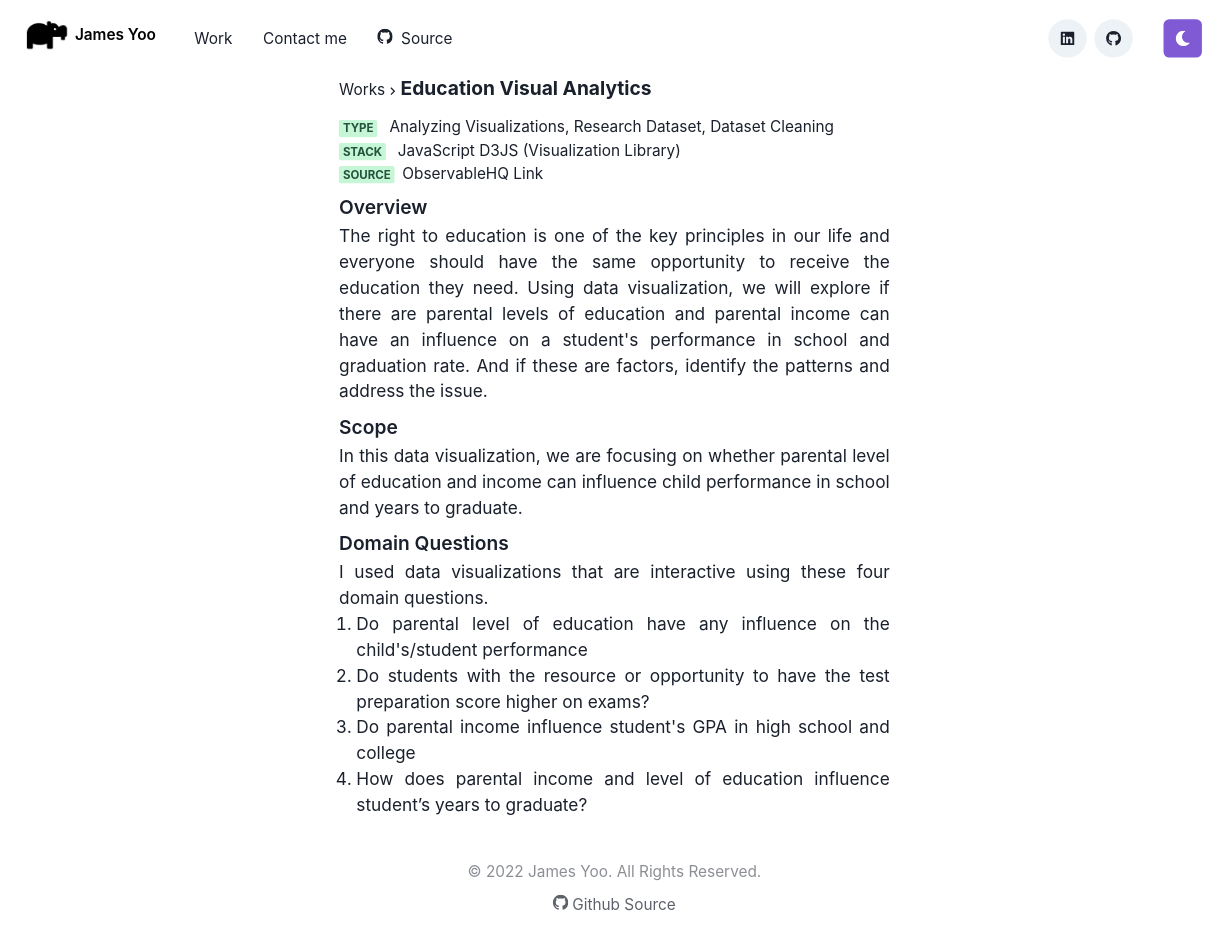
Repository: jammy729/portfolio-2022
Page: /work/educationvisualanalytics
These files come from the project's save history. The page is drawn as it stood at one moment and after the next save; the edit follows.
The browser window is 1280 px wide. The pictures show the whole page, at 96% of full size.
The project was rebuilt for these pictures with package versions that can differ from the ones it lists, and the page was loaded fresh each time. Also part of the build but not shown: src/components/home.js, src/components/contact.js, src/components/layouts/layout.js, src/components/work/work.js, src/components/work/Development/WorldInstitutionDatabase/worldinstitutiondatabase.js, src/components/work/Development/GeoMemories/geomemories.js, src/components/work/Design/ExperienceDesign/experiencedesign.js, src/components/work/Development/PersonalPortfolio/personalportfolio.js. Imported but missing from the stored project, and not drawn on this page: src/components/work/Design/FinestCup/finestcup, src/components/work/Development/WorldInstitutionDatabase/universityDatabase.mp4.

Above is the page before, as saved 2022-06-28 15:14:11.

After the next save:
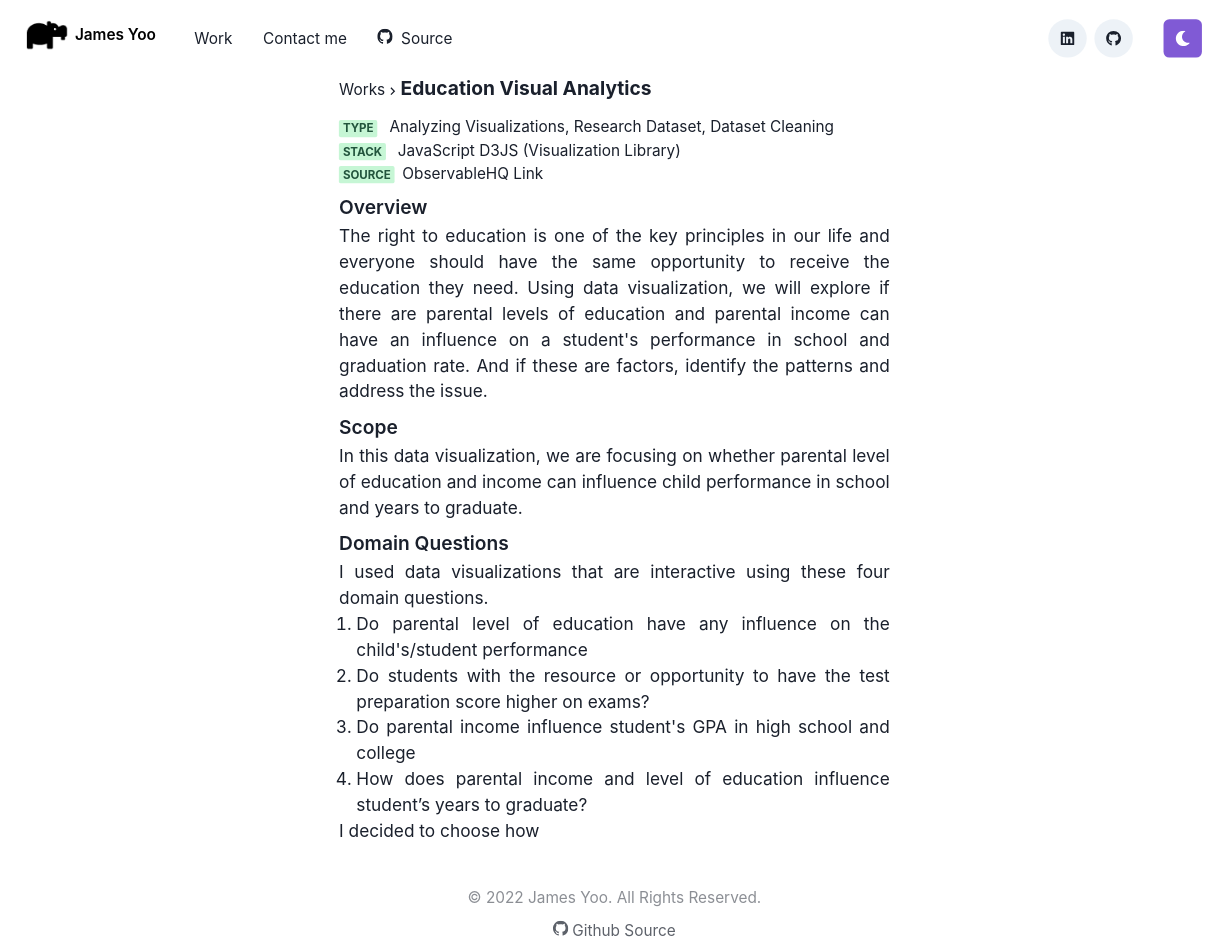
Saved 25 s later.
--- a/src/components/work/Development/EducationVisualAnalytics/educationvisualanalytics.js
+++ b/src/components/work/Development/EducationVisualAnalytics/educationvisualanalytics.js
@@ -70,6 +70,7 @@ const EducationVisualAnalytics = () => {
               student’s years to graduate?
             </ListItem>
           </OrderedList>
+          I decided to choose how
         </DescriptionText>
       </Container>
     </Box>
